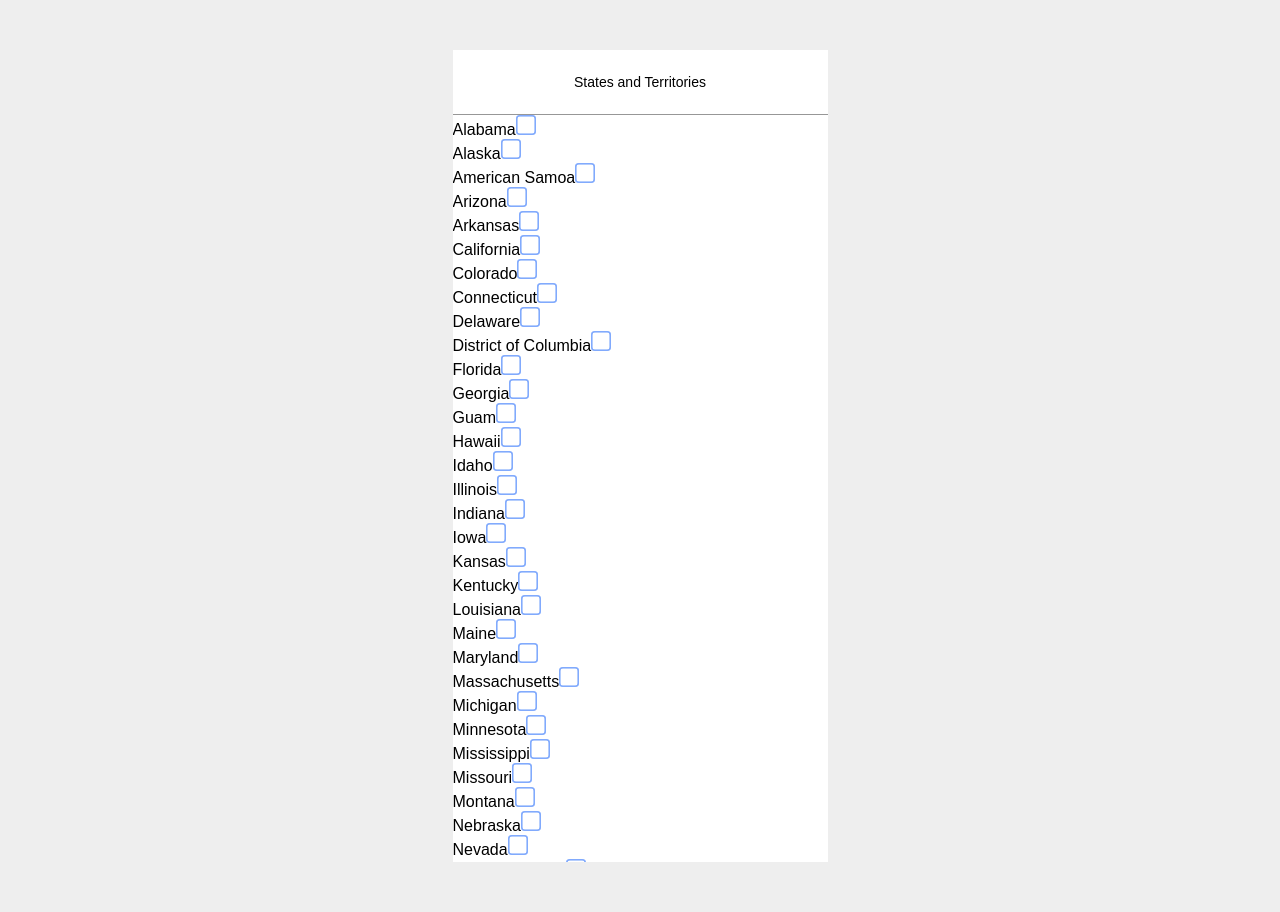
Repository: zitac234/codingTest
Page: /
These files come from the project's save history. The page is drawn as it stood at one moment and after the next save; the edit follows.
The browser window is 1280 px wide. The pictures show the whole page.
The project was rebuilt for these pictures with package versions that can differ from the ones it lists, and the page was loaded fresh each time.

Above is the page before, as saved 2021-03-31 14:47:43.

### src/index.css
body {
  margin: 0;
  font-family: 'Arial', sans-serif;
  -webkit-font-smoothing: antialiased;
  -moz-osx-font-smoothing: grayscale;
  background-color: #eee;
}

### src/Header.js
import "./Header.css";

export function Header() {
  return (
    <header className="header">
      <span className="title">States and Territories</span>
    </header>
  );
}

### src/List.js
import { Fragment } from "react";
import { Checkbox } from "./Checkbox";
import "./List.css";

export function List(props) {
  return (
    <div className="list">
      {props.items.map((item) => (
        <Fragment key={item}>
          {item}<Checkbox/><br />
          {/* You also have <Checkbox selected={false} /> */}
        </Fragment>
      ))}
    </div>
  );
}

### src/_data.js
export const data = [
  "Alabama",
  "Alaska",
  "American Samoa",
  "Arizona",
  "Arkansas",
  "California",
  "Colorado",
  "Connecticut",
  "Delaware",
  "District of Columbia",
  "Florida",
  "Georgia",
  "Guam",
  "Hawaii",
  "Idaho",
  "Illinois",
  "Indiana",
  "Iowa",
  "Kansas",
  "Kentucky",
  "Louisiana",
  "Maine",
  "Maryland",
  "Massachusetts",
  "Michigan",
  "Minnesota",
  "Mississippi",
  "Missouri",
  "Montana",
  "Nebraska",
  "Nevada",
  "New Hampshire",
  "New Jersey",
  "New Mexico",
  "New York",
  "North Carolina",
  "North Dakota",
  "Northern Mariana Islands",
  "Ohio",
  "Oklahoma",
  "Oregon",
  "Pennsylvania",
  "Puerto Rico",
  "Rhode Island",
  "South Carolina",
  "South Dakota",
  "Tennessee",
  "Texas",
  "Utah",
  "Vermont",
  "Virgin Islands",
  "Virginia",
  "Washington",
  "West Virginia",
  "Wisconsin",
  "Wyoming"
]

### src/Header.css
.header {
  width: 100%;
  font-size: 14px;
  display: flex;
  border-bottom: 1px solid #979797;
}

.title {
  line-height: 24px;
  margin: 20px auto;
}

### src/Checkbox.js
import selected from "./Checkbox-Filled.svg";
import unselected from "./Checkbox-Empty.svg";

export function Checkbox(props) {
  return (
    <img
      width={20}
      height={20}
      src={props.selected ? selected : unselected}
      alt={`Checkbox ${selected ? "selected" : "unselected"}`}
    />
  );
}

### src/List.css
.list {
  flex: 1;
  overflow: auto;
}

Loaded but not shown: public/index.html (common file); src/index.js (common file); src/App.js (common file); src/App.css (common file)

After the next save:
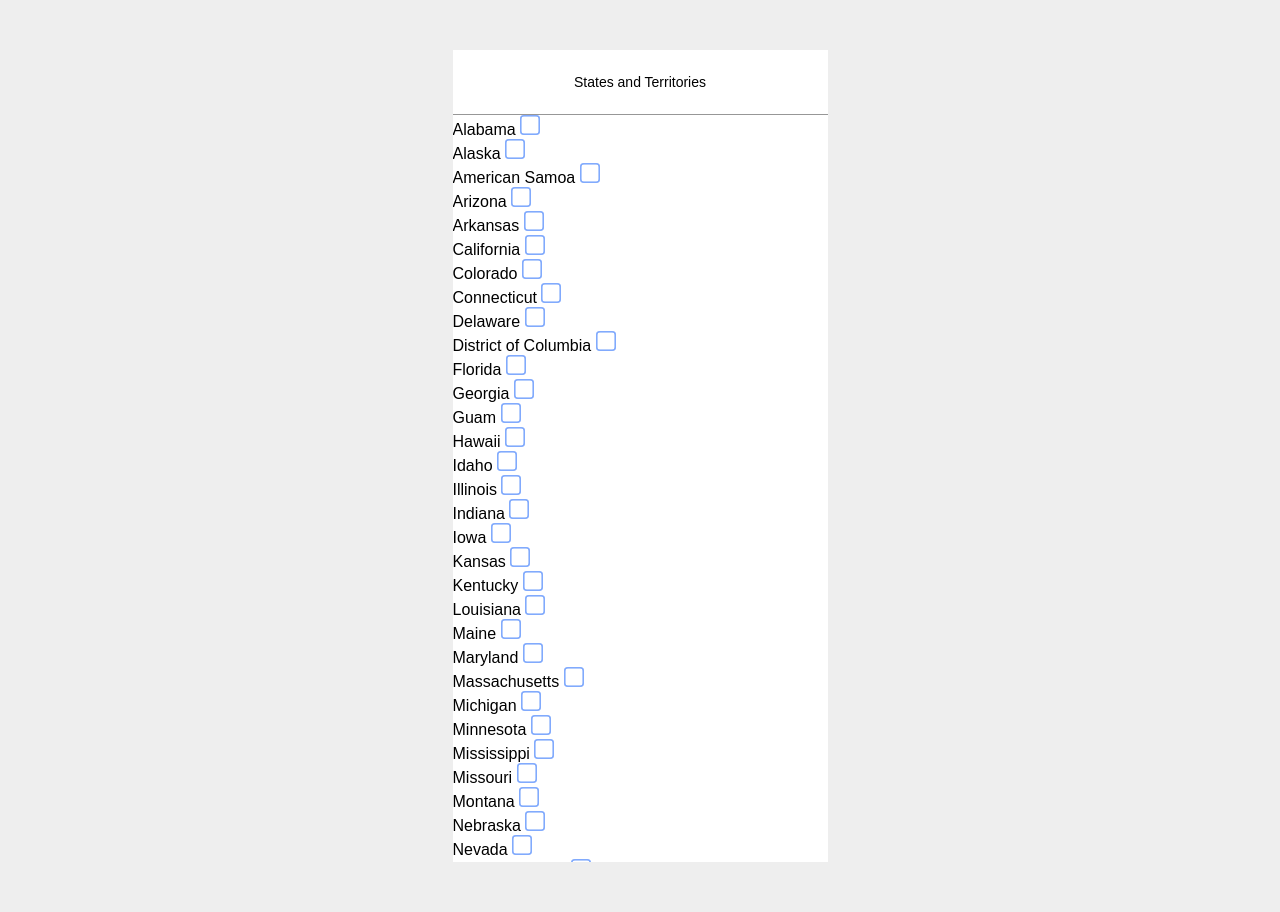
Saved 25 s later.
--- a/src/List.js
+++ b/src/List.js
@@ -7,7 +7,7 @@ export function List(props) {
     <div className="list">
       {props.items.map((item) => (
         <Fragment key={item}>
-          {item}<Checkbox/><br />
+          {item} <Checkbox/><br />
           {/* You also have <Checkbox selected={false} /> */}
         </Fragment>
       ))}
